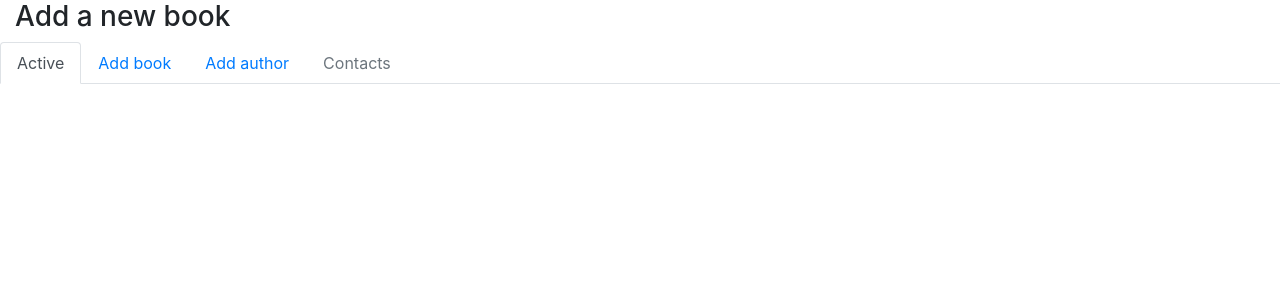
Repository: Aleksus81/Task1
Page: http://localhost/
The author's editor kept a record of every edit. The page is drawn from the files as they stood at one moment, then again after the next edit.
The browser window is 1280 px wide. The pictures show the whole page.
The page is run by PHP 8.4 with error messages shown; the project is at /var/www/html/.

Above is the page before.

### index.php
<!doctype html>
<html lang="en">
  <head>
    <!-- Required meta tags -->
    <meta charset="utf-8">
    <meta name="viewport" content="width=device-width, initial-scale=1, shrink-to-fit=no">

    <!-- Bootstrap CSS -->
    <link rel="stylesheet" href="https://stackpath.bootstrapcdn.com/bootstrap/4.3.1/css/bootstrap.min.css" integrity="sha384-ggOyR0iXCbMQv3Xipma34MD+dH/1fQ784/j6cY/iJTQUOhcWr7x9JvoRxT2MZw1T" crossorigin="anonymous">

    <title>Task1</title>
  </head>
  <body>
      <div class="container-fluid">
  <h3>Add a new book</h3>
      </div>
    <ul class="nav nav-tabs">
  <li class="nav-item">
    <a class="nav-link active" href="#">Active</a>
  </li>
  <li class="nav-item">
    <a class="nav-link" href="adb.php">Add book</a>
  </li>
  <li class="nav-item">
    <a class="nav-link" href="ada.php">Add author</a>
  </li>
  <li class="nav-item">
    <a class="nav-link disabled" href="#">Contacts</a>
  </li>
</ul>

    <!-- <nav class="navbar navbar-expand-lg navbar-light bg-light">
    <span class="navbar-toggler-icon"></span>
  </button>
  <div class="collapse navbar-collapse" id="navbarNavAltMarkup">

    <div class="navbar-nav">
      <a class="nav-item nav-link active" href="#">Home</a>
      <a class="nav-item nav-link" href="adb.php">Add book</a>
      <a class="nav-item nav-link" href="ada.php">Add author</a>
      <a class="nav-item nav-link" href="#">Contacts</a>
    </div>
  </div>
</nav> -->
    <!-- Optional JavaScript -->
    <!-- jQuery first, then Popper.js, then Bootstrap JS -->
    <script src="https://code.jquery.com/jquery-3.3.1.slim.min.js" integrity="sha384-q8i/X+965DzO0rT7abK41JStQIAqVgRVzpbzo5smXKp4YfRvH+8abtTE1Pi6jizo" crossorigin="anonymous"></script>
    <script src="https://cdnjs.cloudflare.com/ajax/libs/popper.js/1.14.7/umd/popper.min.js" integrity="sha384-UO2eT0CpHqdSJQ6hJty5KVphtPhzWj9WO1clHTMGa3JDZwrnQq4sF86dIHNDz0W1" crossorigin="anonymous"></script>
    <script src="https://stackpath.bootstrapcdn.com/bootstrap/4.3.1/js/bootstrap.min.js" integrity="sha384-JjSmVgyd0p3pXB1rRibZUAYoIIy6OrQ6VrjIEaFf/nJGzIxFDsf4x0xIM+B07jRM" crossorigin="anonymous"></script>
  </body>
</html>

After the next edit:
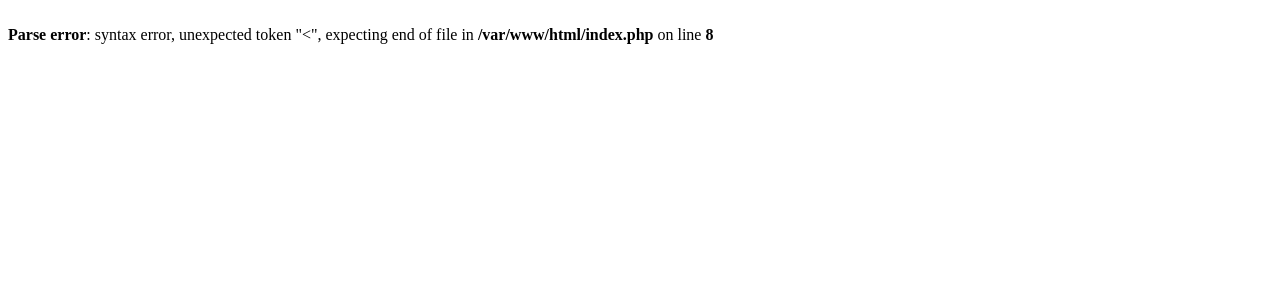
The edit:
--- a/index.php
+++ b/index.php
@@ -1,3 +1,10 @@
+<?php
+
+error_reporting(E_ALL);
+ini_set("display_errors", 1);
+
+
+
 <!doctype html>
 <html lang="en">
   <head>

After the edit that followed:
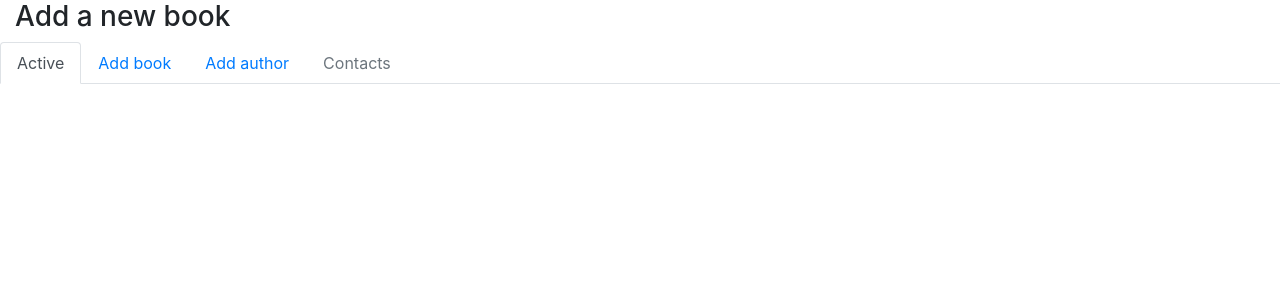
The edit:
--- a/index.php
+++ b/index.php
@@ -3,7 +3,7 @@
 error_reporting(E_ALL);
 ini_set("display_errors", 1);
 
-
+?>
 
 <!doctype html>
 <html lang="en">
